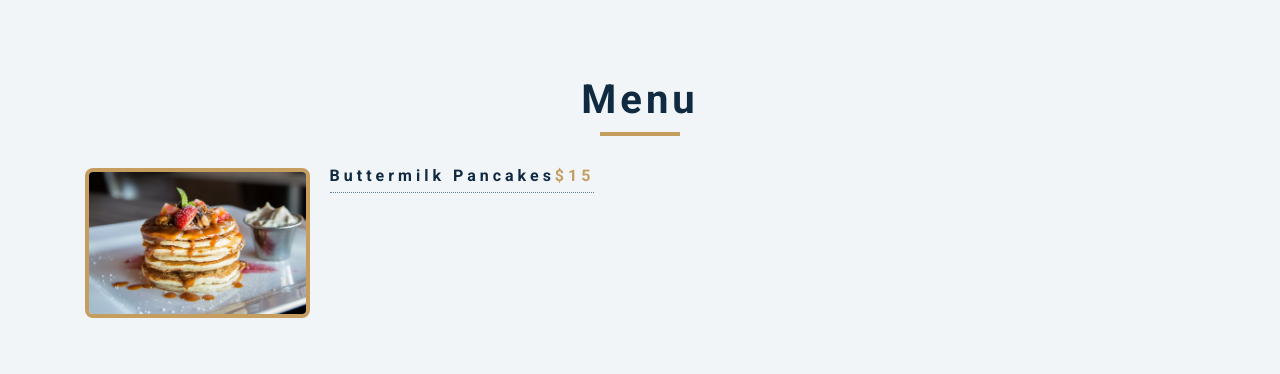
Repository: spidero7/Menu
Page: index.html
These files come from the project's save history. The page is drawn as it stood at one moment and after the next save; the edit follows.
The browser window is 1280 px wide. The pictures show the whole page.
Some web libraries are served in a nearby version.

Above is the page before, as saved 2021-09-30 08:37:12.

After the next save:
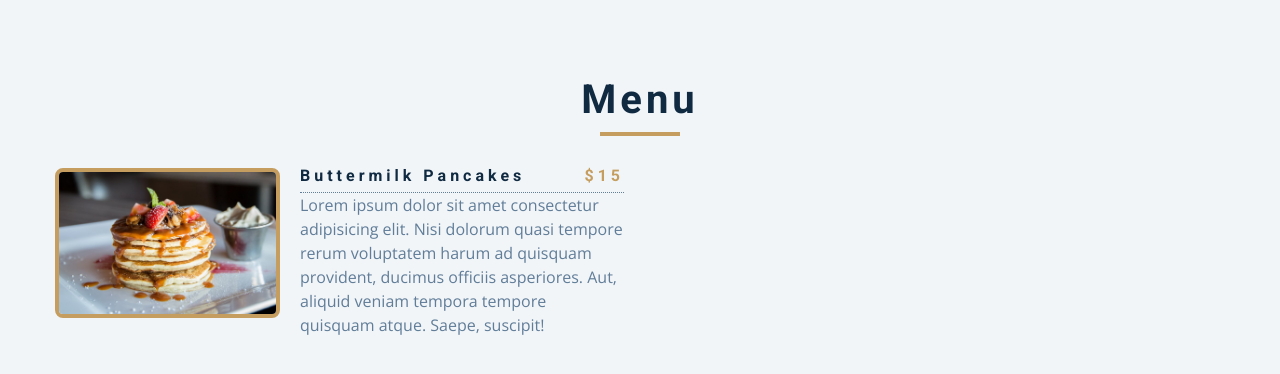
Saved 5 s later.
--- a/index.html
+++ b/index.html
@@ -25,7 +25,7 @@
                         <h4>Buttermilk pancakes</h4>
                         <h4 class="price">$15</h4>
                     </header>
-                    <p></p>
+                    <p>Lorem ipsum dolor sit amet consectetur adipisicing elit. Nisi dolorum quasi tempore rerum voluptatem harum ad quisquam provident, ducimus officiis asperiores. Aut, aliquid veniam tempora tempore quisquam atque. Saepe, suscipit!</p>
                 </div>
             </article>
         </div>
